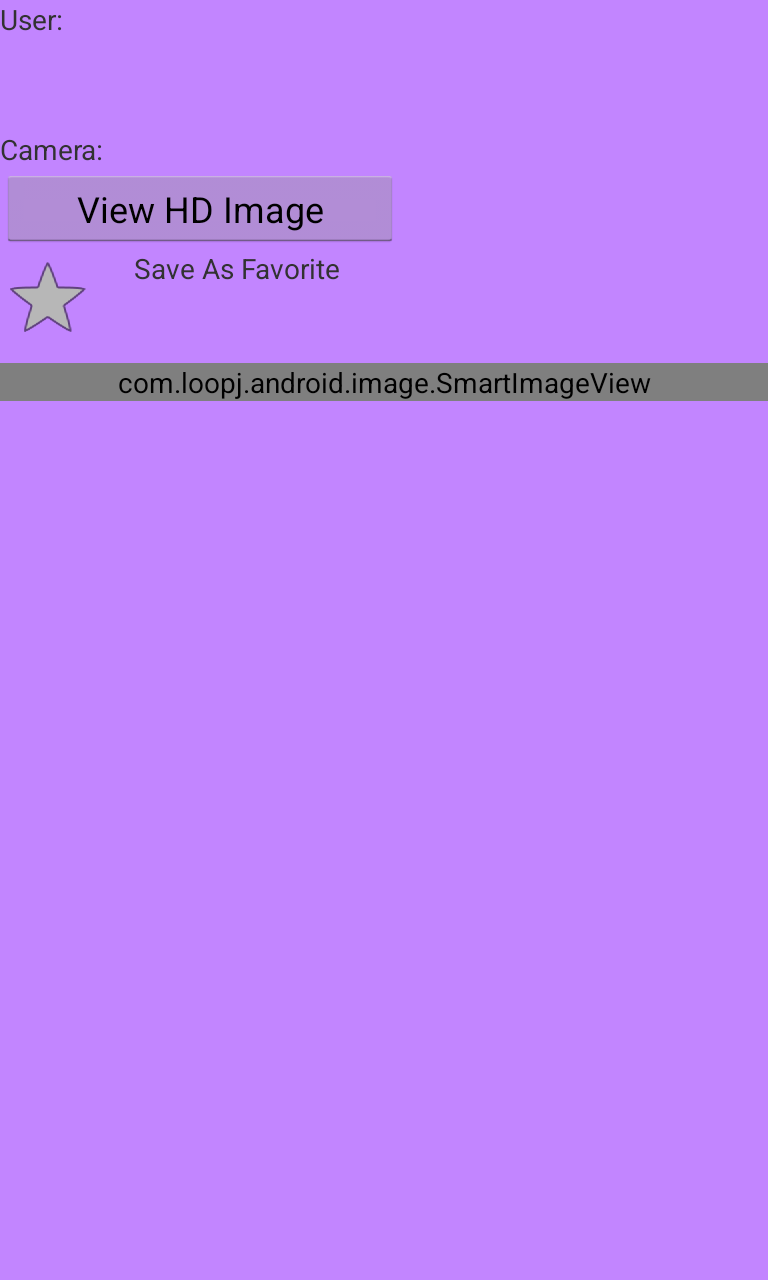
Repository: arianaantonio/Java2_Antonio
Layout: SpaceImageViewer/res/layout/details_activity.xml
An editor plug-in stored every save of this project. The layout is shown before and after the next save, followed by the edit.
Pictures or frames that could not be fetched are drawn as grey boxes. It is drawn on a 768 x 1280 px phone screen (xhdpi) without system bars, with theme AppTheme; the app's code is not run.

Above is the layout before, as saved 2014-07-31 05:17:51.

After the next save:
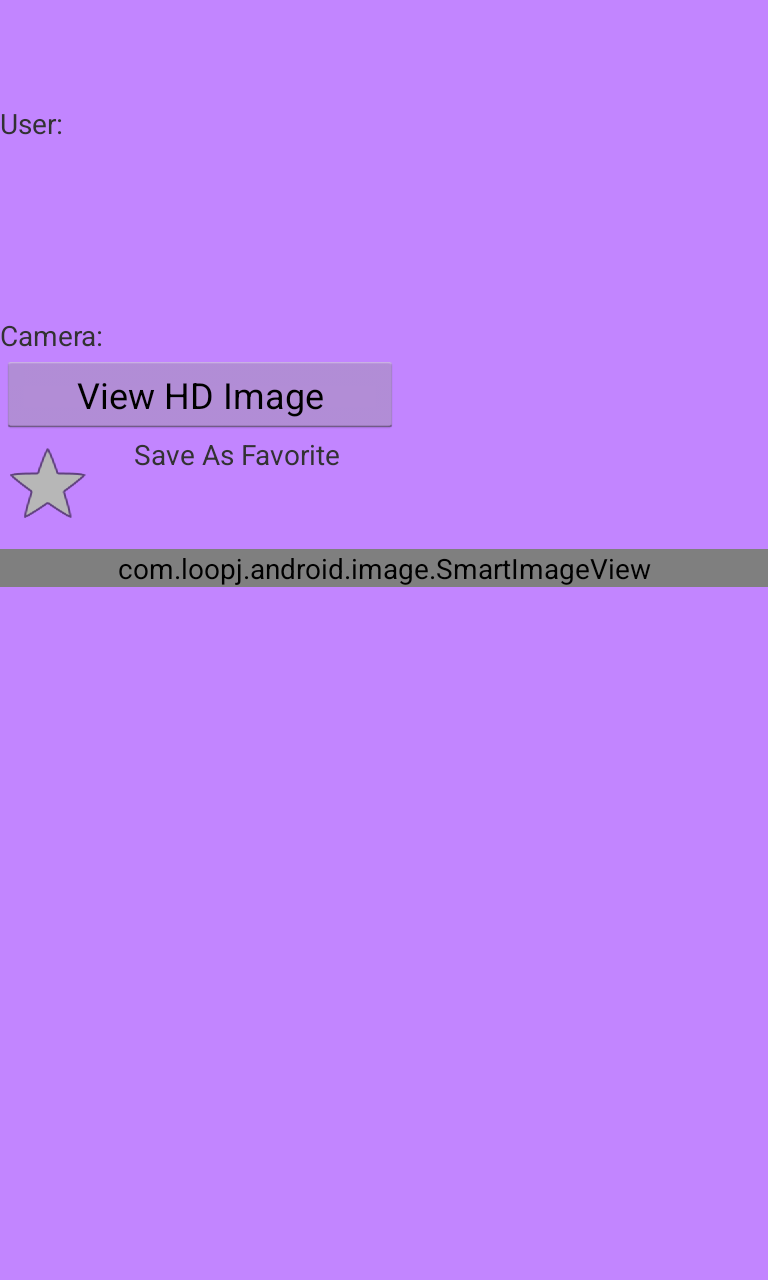
Saved 63 s later.
--- a/SpaceImageViewer/res/layout/details_activity.xml
+++ b/SpaceImageViewer/res/layout/details_activity.xml
@@ -5,12 +5,13 @@
     android:background="@color/Purple"
     android:orientation="vertical" >
 	<RelativeLayout >
-	    <TextView
-	        android:id="@+id/title"
-	        android:layout_width="wrap_content"
-	        android:layout_height="wrap_content"
 
-	        android:text="title" />
+		<TextView
+		    android:id="@+id/title"
+		    android:layout_width="fill_parent"
+		    android:layout_height="wrap_content"
+		    android:text="title" />
+
     </RelativeLayout>
 
     <LinearLayout
@@ -20,20 +21,20 @@
         android:orientation="horizontal" >
 
         <TextView
-            android:id="@+id/user"
-            android:layout_width="45dp"
-            android:layout_height="38dp"
-            android:layout_gravity="center_horizontal"
-            android:layout_marginBottom="25dp"
-            android:layout_marginTop="30dp"
-            android:text="@string/userString" />
-
-        <TextView
             android:id="@+id/userName"
             android:layout_width="fill_parent"
             android:layout_height="wrap_content"
             android:text="" />
+
     </LinearLayout>
+
+    <TextView
+        android:id="@+id/user"
+        android:layout_width="45dp"
+        android:layout_height="38dp"
+        android:layout_marginBottom="25dp"
+        android:layout_marginTop="30dp"
+        android:text="@string/userString" />
 
     <LinearLayout
         android:id="@+id/linearLayout2"
